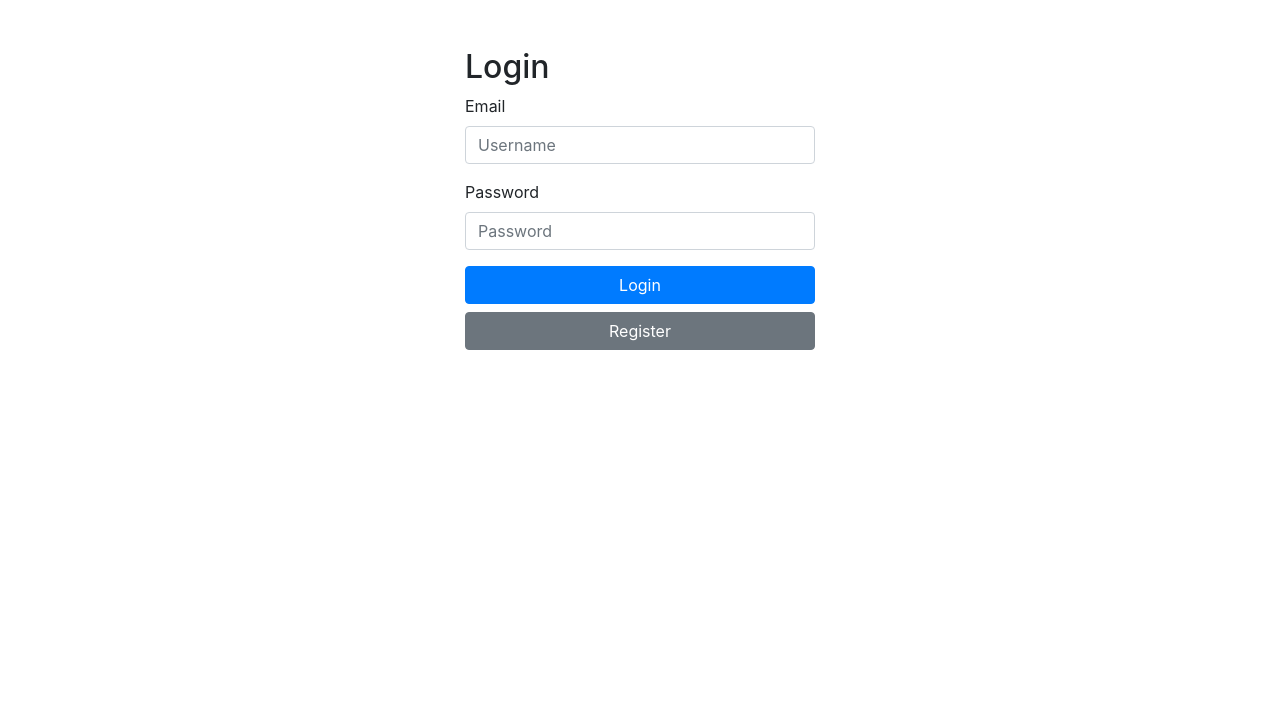
Repository: apps-eduard/TH_MONITORING_v1
Page: http://localhost/user_profile/login/
An editor plug-in stored every save of this project. The page is shown before and after a run of saves, followed by the edit.
The browser window is 1280 px wide. The pictures show the whole page.
Some web libraries are served in a nearby version. The page is served by the project's application, run on Django 5.2 (manage.py).

Above is the page before, as saved 2024-04-02 11:36:42.

After the next 3 saves:
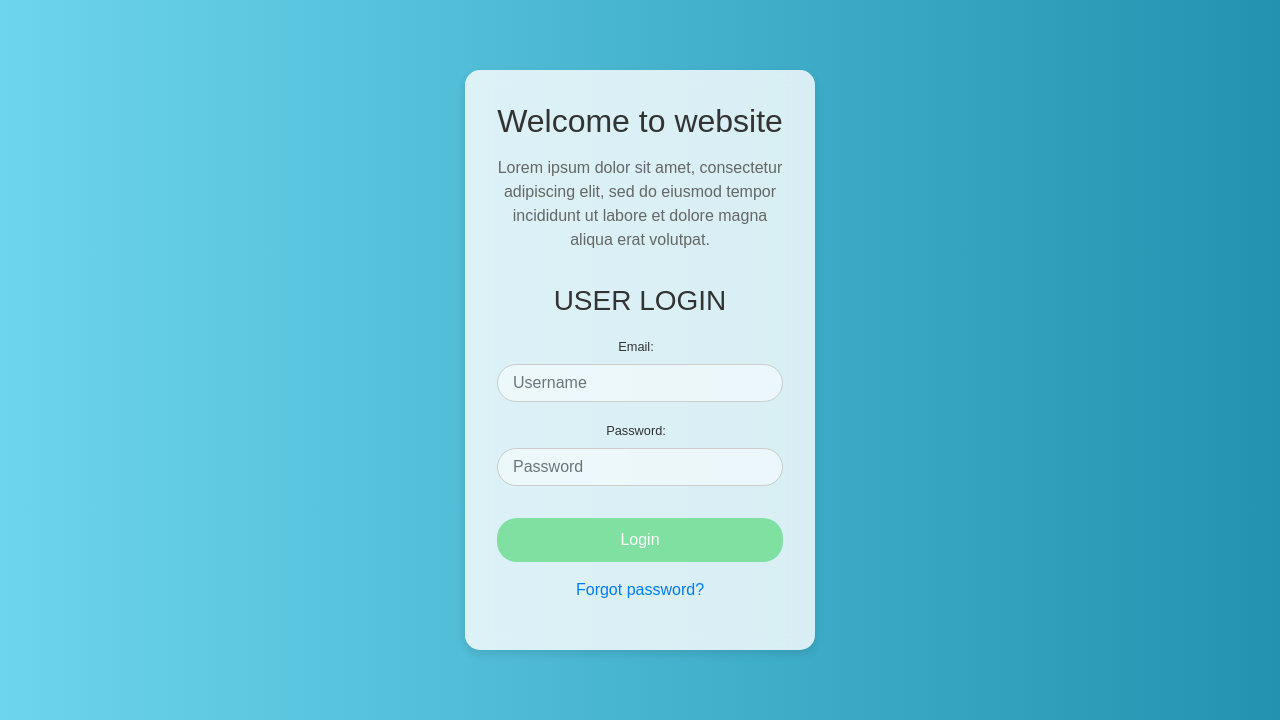
The 3 saves are shown as one change because 1 did not build or start and some came seconds apart.
The last was saved 45 s later.
--- a/user_profile/templates/user_profile/login.html
+++ b/user_profile/templates/user_profile/login.html
@@ -1,30 +1,39 @@
 {% extends 'base.html' %}
 
+{% load static %}  <!-- Load the tag library -->
+
 {% block content %}
-<div class="container mt-5">
-    <div class="row">
-        <div class="col-md-4 mx-auto">
-            <h2>Login</h2>
-            <form method="POST" class="form-horizontal">
-                {% csrf_token %}
-                {% for field in form %}
-                    <div class="mb-3">
-                        <label for="{{ field.id_for_label }}" class="form-label">{{ field.label }}</label>
-                        {{ field }} <!-- No add_class filter needed -->
-                        {% if field.help_text %}
-                            <small class="form-text text-muted">{{ field.help_text }}</small>
-                        {% endif %}
-                        {% for error in field.errors %}
-                            <div class="alert alert-danger">{{ error }}</div>
-                        {% endfor %}
+<link rel="stylesheet" href="{% static 'css/login.css' %}" /> <!-- Make sure to create this CSS file -->
+<div class="login-container">
+    <div class="login-content">
+        <div class="login-form">
+            <div class="form-side">
+                <h2>Welcome to website</h2>
+                <p>Lorem ipsum dolor sit amet, consectetur adipiscing elit, sed do eiusmod tempor incididunt ut labore et dolore magna aliqua erat volutpat.</p>
+            </div>
+            <div class="user-login">
+                <h3>USER LOGIN</h3>
+                <form method="POST" class="form-horizontal">
+                    {% csrf_token %}
+                    {% for field in form %}
+                        <div class="form-group">
+                            {{ field.label_tag }} <!-- Assumes label_tag is styled properly -->
+                            {{ field }} <!-- No add_class filter needed, but you'll need to style these fields -->
+                            {% if field.help_text %}
+                                <small class="form-text text-muted">{{ field.help_text }}</small>
+                            {% endif %}
+                            {% for error in field.errors %}
+                                <div class="alert alert-danger">{{ error }}</div>
+                            {% endfor %}
+                        </div>
+                    {% endfor %}
+                    <div class="form-group">
+                        <button type="submit" class="login-btn">Login</button>
+                        <a href="#" class="forgot-password">Forgot password?</a>
                     </div>
-                {% endfor %}
-                <div class="form-group">
-                    <button type="submit" class="btn btn-primary btn-block">Login</button>
-                    <a href="{% url 'user_profile:register' %}" class="btn btn-secondary btn-block">Register</a>
-                </div>
-            </form>
-    </div>
+                </form>
+            </div>
+        </div>
     </div>
 </div>
 {% endblock %}
